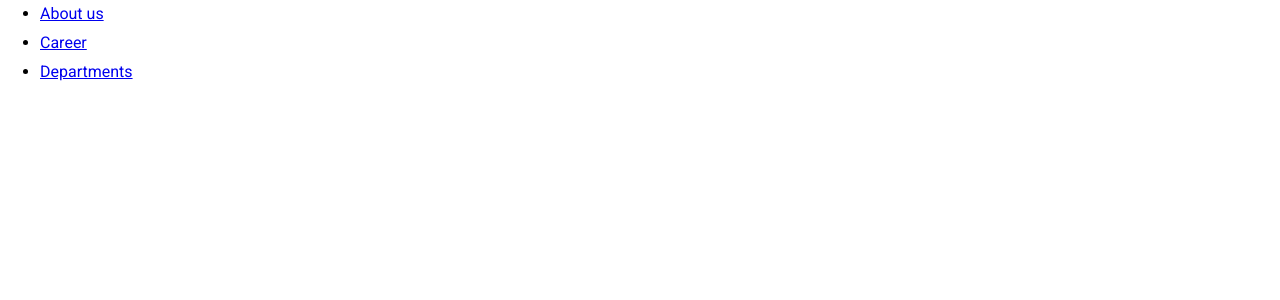
Repository: Hassanine-jaouadi/docplanner
Page: doc-panner.html
These files come from the project's save history. The page is drawn as it stood at one moment and after the next save; the edit follows.
The browser window is 1280 px wide. The pictures show the whole page.
Some web libraries are served in a nearby version.

Above is the page before, as saved 2020-01-16 16:00:14.

### doc-panner.html
<!DOCTYPE html>
<html lang="en">
<!--  the head -->

<head>
    <title> Docplanner Group </title>
    <meta charset="UTF-8">
    <meta name="viewport" content="width=device-width, initial-scale=1.0">
    <link rel="stylesheet" href="style.css">
    <link rel="icon" href="file:///Users/hjaouadi/Documents/Wistia/Doc-planner/it.docplanner-w130.png" type="image/gif"
        sizes="16x16">

    <script src="https://kit.fontawesome.com/7e294a499a.js" crossorigin="anonymous"></script>
    <link href="https://fonts.googleapis.com/css?family=Roboto&display=swap" rel="stylesheet">

</head>

<!--  the body -->

<body>
    <nav class="main-header flex-container">
        <ul class="nav-menu flex-container">
            <li> <a href="https://www.docplanner.com/about-us" class="iflex-container"> About us</a> </li>
            <li> <a href="https://www.docplanner.com/career" class="flex-container">Career</a> </li>
            <li> <a href="https://www.docplanner.com/departments" class="flex-container">Departments</a> </li>
        </ul>
    </nav>

</body>

</html>

### style.css
html,body
{
    width: 100%;
    height: 100%;
    margin: 0px;
    padding: 0px;
    overflow-x: hidden;
}

* {
    box-sizing: border-box;
    margin: 0;
    font-family: 'Roboto', sans-serif;
    background-color: ffff;
    line-height: 1.8 ;

}

.nav {
    display: inline-block;
    position: relative;
    cursor: default;
    z-index: 500;
    display: flex;
    align-items: center;
    text-align: left;
    box-sizing: border-box;
    width: 100%;
    margin: 20px -1vw;
    height: 60px;
}


.nav-menu {

}

After the next save:
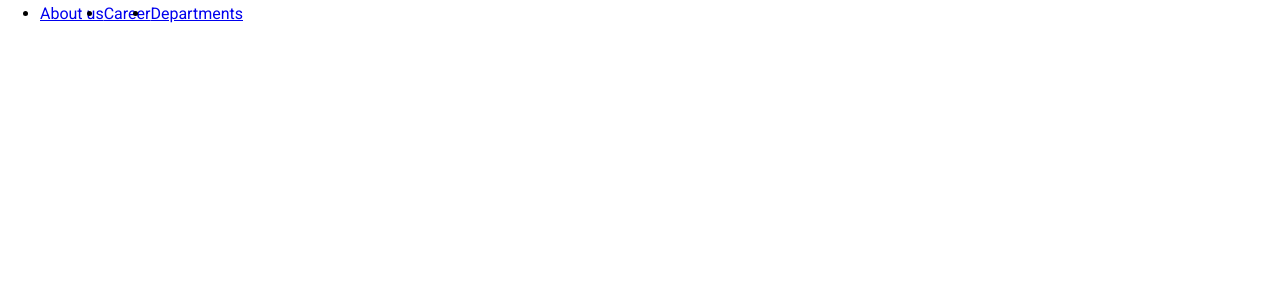
Saved 38 s later.
--- a/style.css
+++ b/style.css
@@ -16,21 +16,8 @@ html,body
 
 }
 
-.nav {
-    display: inline-block;
-    position: relative;
-    cursor: default;
-    z-index: 500;
+/* flex container */
+.flex-container{
     display: flex;
-    align-items: center;
-    text-align: left;
-    box-sizing: border-box;
-    width: 100%;
-    margin: 20px -1vw;
-    height: 60px;
+    flex-direction: row;
 }
-
-
-.nav-menu {
-
-}
